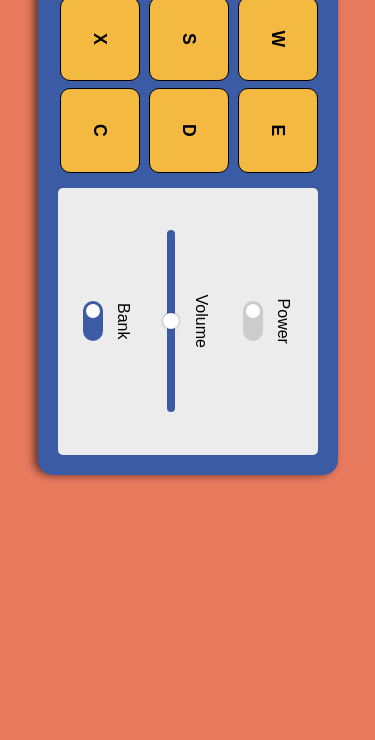
Repository: alfredoleano/drum-machine
Page: /
These files come from the project's save history. The page is drawn as it stood at one moment and after the next save; the edit follows.
The browser window is 375 px wide. The pictures show the whole page.
The project was rebuilt for these pictures with package versions that can differ from the ones it lists, and the page was loaded fresh each time.

Above is the page before, as saved 2024-06-14 13:38:11.

After the next save:
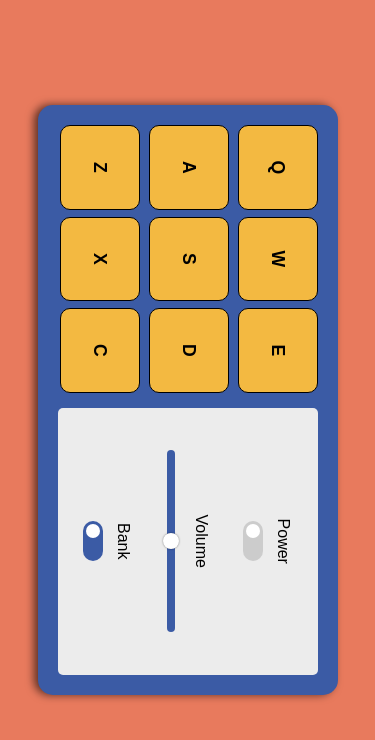
Saved 9 s later.
--- a/src/styles.scss
+++ b/src/styles.scss
@@ -279,7 +279,7 @@ input[type="range"]::-ms-track {
     transform-origin: center center;
     top: 0;
     bottom: 0;
-    margin-left: auto;
-    margin-right: auto;
+    margin-top: auto;
+    margin-bottom: auto;
   }
 }
